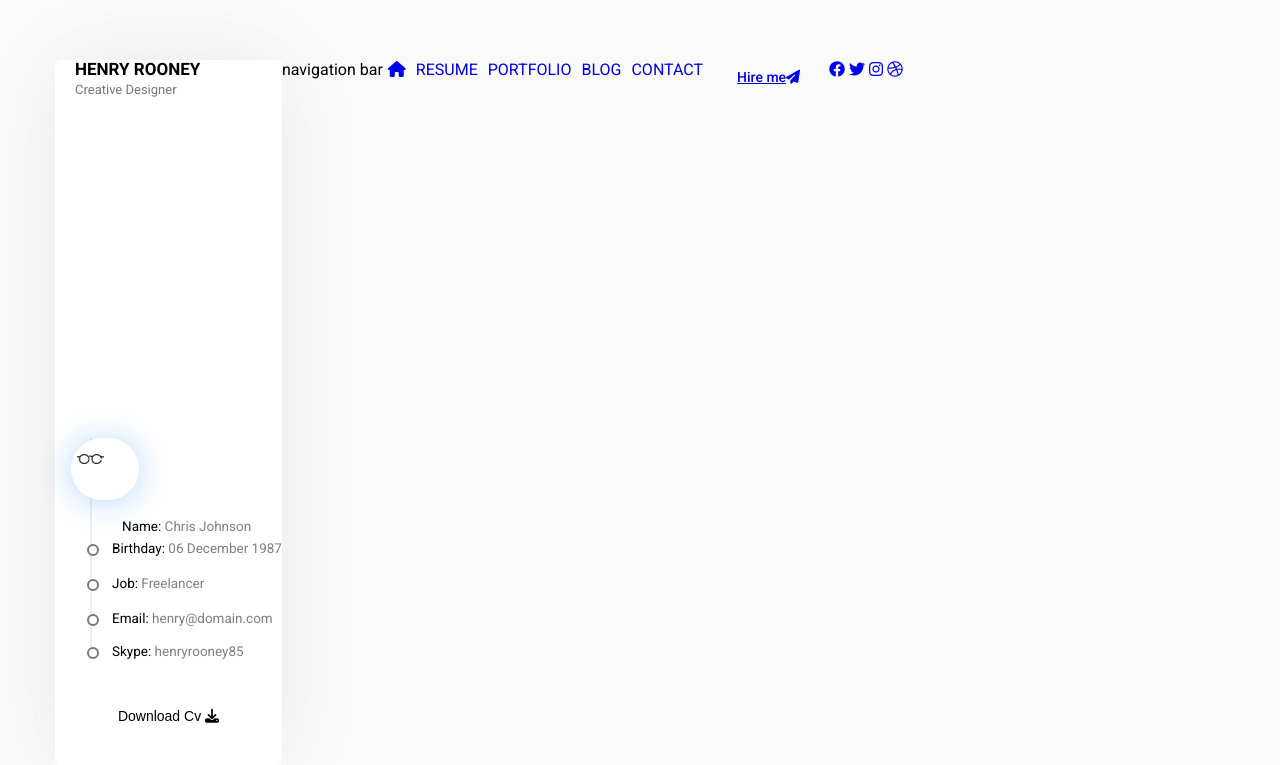
Repository: Lehuyhuynh/mat
Page: index.html
The author's editor kept a copy of each file at every save. The page is drawn from the files as they stood at one save, then again after the next save.
The browser window is 1280 px wide. The pictures show the whole page.

Above is the page before, as saved 2023-04-12 12:29:21.

### index.html
<!DOCTYPE html>
<html lang="en">
<head>
                    <meta charset="UTF-8">
                    <meta http-equiv="X-UA-Compatible" content="IE=edge">
                    <meta name="viewport" content="width=device-width, initial-scale=1.0">
                    <title>Mat</title>
                    <link rel="stylesheet" href="style.css">
                    <link rel="preconnect" href="https://fonts.googleapis.com">
                    <link rel="preconnect" href="https://fonts.gstatic.com" crossorigin>
                     <link href="https://fonts.googleapis.com/css2?family=Roboto:wght@400;500;700;900&display=swap" rel="stylesheet">

                    <link rel="stylesheet" href="icon-fonts/font-awesome-4.7.0/css/font-awesome.min.css"/>

                    <link rel="stylesheet" href="https://cdnjs.cloudflare.com/ajax/libs/font-awesome/6.4.0/css/all.min.css" integrity="sha512-iecdLmaskl7CVkqkXNQ/ZH/XLlvWZOJyj7Yy7tcenmpD1ypASozpmT/E0iPtmFIB46ZmdtAc9eNBvH0H/ZpiBw==" crossorigin="anonymous" referrerpolicy="no-referrer" />
</head>
<body>
    <div id="preloader">

        <div class="spinner">
        </div>

    </div>

    <div class="wrapper container">

        <div class="row">

            <!-- profile section -->

            <div class="col-lg-3 col-md-4">

                <div class="profile">

                    <div class="profile-name">

                        <span class="name">Henry Rooney</span><br>

                        <span class="jod">Creative Designer</span><br>

                    </div>

                    <figure class="profile-img" src="img/profile.jpg" alt="#"> </figure>


                     <ul class="profile-information">

                        <li><p><span>Name:</span> Chris Johnson</p></li>

                        <li><p><span>Birthday:</span> 06 December 1987</p></li>

                        <li><p><span>Job:</span> Freelancer</p></li>

                        <li><p><span>Email:</span> henry@domain.com</p></li>

                        <li><p><span>Skype:</span> henryrooney85</p></li>

                    </ul>

                    <div class="col-md-12">

                         <button class="site-btn icon">Download Cv

                            <i class="fa fa-download" aria-hidden="true"></i>

                        </button>

                    </div>

                </div>

            </div>

            <!-- Page Tab Container Div -->

            <div id="ajax-tap-container" class="col-lg-9 col-md-8 tab-container">

                <!-- header -->

                <div  class="row">

                    <header class="col-md-12">
                        <nav>
                            <div class="row">
                                navigation bar
                            </div>
                        </nav>
                    </header>
                    <div class="col-md-8 col-sm-8-col-xs-4">

                        <ul class="tabs">
                            <li class="tab">

                              <a class="home-btn" href="#home"><i class="fa fa-home" aria-hidden="true"></i></a>

                            </li>
                            <li class="tab"><a href="#RESUME">RESUME</a></li>
                            <li class="tab"><a href="#PORTFOLIO">PORTFOLIO</a></li>
                            <li class="tab"><a href="#BLOG">BLOG</a></li>
                            <li class="tab"><a href="#CONTACT">CONTACT</a></li>

                        </ul>
                        </div>


                    <div class="col-md-4 col-sm-4 col-xs-8 dynamic">

                        <a href="mailto:hi@tavonline.net" class="pull-right site-btn icon hidden-xs">Hire me<i class="fa fa-paper-plane" aria-hidden="true"></i></a>

                    </div>


                    <div class="hidden-md social-icons pull-right">

                        <a class="fb" href="#"><i class="fa-brands fa-facebook"></i></a>

                        <a class="tw" href="#"><i class="fa-brands fa-twitter"></i></a>

                        <a class="ins" href="#"><i class="fa-brands fa-instagram"></i></a>

                        <a class="dr" href="#"><i class="fa-brands fa-dribbble" ></i></a>

                    </div>

                 </div>
            </div>


        </div>

    </div>
</body>
</html>

### style.css
body{
                    background-image: url(/img/bg.png) #fafafa;
                   font-family: roboto, sans-serif;
                   background:#fafafa;
                   position: relative;
                   overflow: hidden;

}

html{
                    height: 100%;
}
*{
                    margin: 0;
                    padding: 0;
                    border: 0;
                    outline: 0;
                    background: transparent;
}

.site-btn{
                    font-size: 14px;
                    font-weight: 500;
                    border-radius: 50px;
                    -webkit-border-radius:50px;
                    -moz-border-radius:50px;
                    padding: 1px 29px;
                    line-height: 35px;
}

.site-btn .icon{
                    text-align: left;
                    padding: 1px 6px 1px 19px;
}

.site-btn .icon i{
                    color: #000;
                    background: #fff;
                    margin-left: 15px;
                    border-radius: 50px;
                    font-size: 11px;
                    height: 27px;
                    width: 27px;
                    float: right;
                    text-align: center;
                    line-height: 29px;
                    margin-top: 4px;
}

p{
                    font-size: 13px;
                    color: #4c4c4c;
                    line-height: 24px;
 }

 .profile{
                    background: #fff;
                    border-radius: 6px;
                    -moz-border-radius: 6px;
                    -webkit-border-radius: 6px;
                    -o-border-radius: 6px;
                    width: 100%;
                    display: inline-block;
                    box-shadow: 0px 2px 92px 0px rgba(0, 0, 0, 0.07);
                    -webkit-box-shadow: 0px 2px 92px 0px rgba(0, 0, 0, 0.07);
                    -moz-box-shadow: 0px 2px 92px 0px rgba(0, 0, 0, 0.07);
}

.profile .name {
                    line-height: 18px;
                    padding: 20px;
                    text-transform: uppercase;
                    font-size: 17px;
                    font-weight: bold;

}
.profile .jod {
                    padding: 20px;
                    color: #777777;
                    font-size: 13px;
}

.profile-img{
                   margin-top: -18px;
                   -webkit-clip-path: polygon(0 9%, 100% 0, 100% 94%, 0% 100%);
                    clip-path: polygon(0 9%, 100% 0, 100% 94%, 0% 100%);
                    height: 380px;

}
.profile-img img{
                    width: 100%;
}

.profile-information{
                    list-style: none;
                    margin: 8px 0px 8px 35px;
}

.profile-information li{
                    border-left: 2px solid #eee;
                    padding:0 0 23px 20px;
                    font-size: 14px;
                    color: #787878;
}

ul.profile-information li p{
                    font-size: 13.5px;
                    color: #7f7f7f;
                    line-height: 12px;
}

ul.profile-information li:last-child{
                    border: 0;
                    margin-left: 2px;
                    margin-top: -2px;
}


ul.profile-information li:before{
                    content: "";
                    border: solid 2px;
                    width: 8px;
                    height: 8px;
                    border-radius: 50px;
                    -moz-border-radius: 50px;
                    -webkit-border-radius: 50px;
                    font-size: 8px;
                    margin-left: -25px;
                    margin-top: 2px;
                    font-weight: 400;
                    background: #fff;
                    display: block;
                    position: absolute;
}

ul.profile-information li span{color:#000}

ul.profile-information li:first-child{
                    padding-bottom: 10px;
                    padding-left: 30px;
                    position: relative;
}

ul.profile-information li:first-child img {
                    margin:44px -44px;
                    display: inline-block;
                    position: absolute;
                    width: 20px;
 }

 ul.profile-information li:first-child::before {

                    margin-left: -51px;
                    margin-top: -30px;
                    margin-bottom: 20px;
                    position: relative;
                    border: 0;
                    width: 40px;
                    height: 40px;
                    padding: 11px 14px;
                    box-shadow: 0px 2px 32px 0px rgba(4, 123, 248, 0.3);
}
 ul.profile-information li:first-child::after {
                    background: url(img/glasses.png) no-repeat;
                    content: '';
                    width: 30px;
                    height: 10px;
                    position: absolute;
                    top: 0;
                    left: 0;
                    margin: 16px -15px;
                    background-size: 27px 10px;
 }

.profile .site-btn{
                    margin: 18px auto 30px;
                    display: block;
}

.tabs .tab a {
                    text-decoration: none;
                    margin: 5px;
}
.col-md-4  .pull-right{
                    text-align: right;
}

.wrapper{
                    margin-top: 60px;
                    width: 1170px ;
                    background: transparent;
}
.container{
                    padding-right: 15px;
                    padding-left: 15px;
                    margin-right: auto;
                    margin-left: auto;
}
*{
                    margin: 0;
                    padding: 0;
                    border: 0;
                    outline: 0;;
                    background: transparent;
}
.row{
                    display: flex;
}



.tabs{
                    display: flex;
                    list-style-type: none;
                    text-decoration: none;

}

.tabs .tab a {
                    text-decoration: none;
                    margin: 5px;
}
.col-md-4  .pull-right{
                    text-align: right;
}

After the next save:
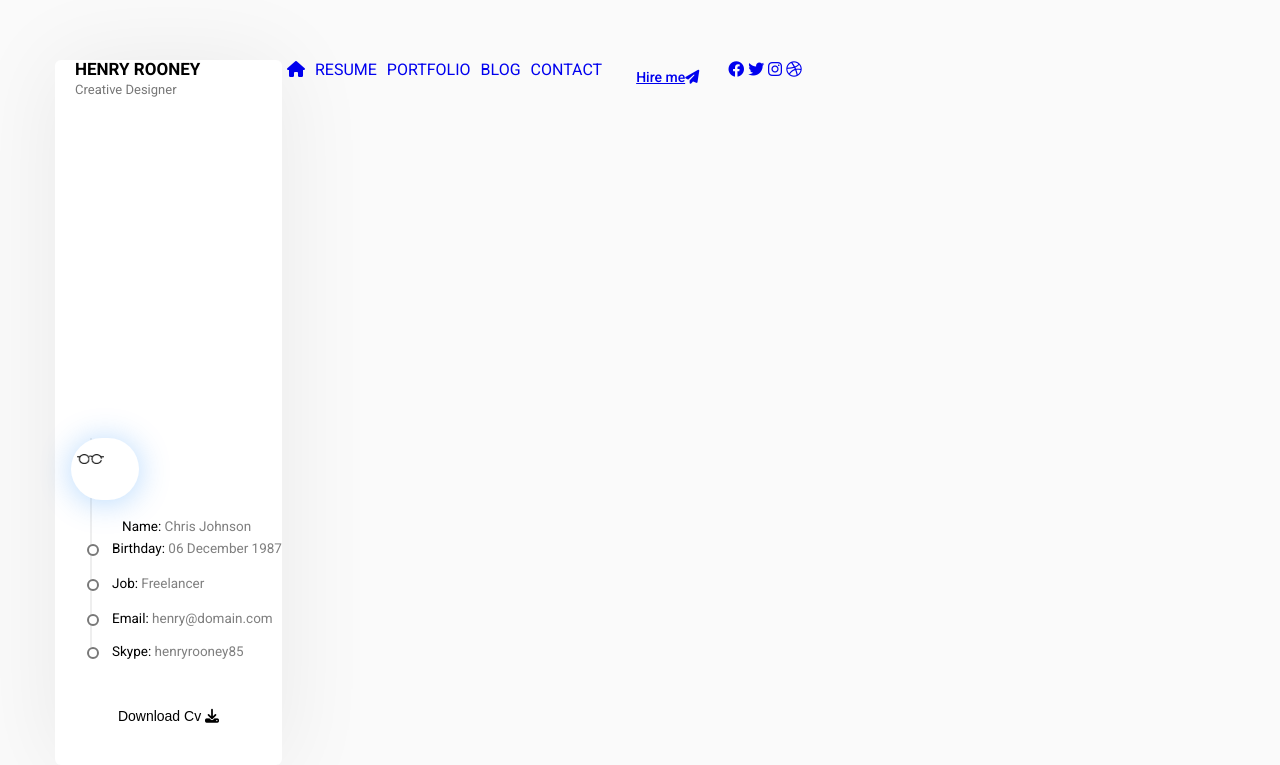
Saved 5 s later.
--- a/index.html
+++ b/index.html
@@ -82,7 +82,7 @@
                     <header class="col-md-12">
                         <nav>
                             <div class="row">
-                                navigation bar
+                                <!-- navigation bar -->
                             </div>
                         </nav>
                     </header>
